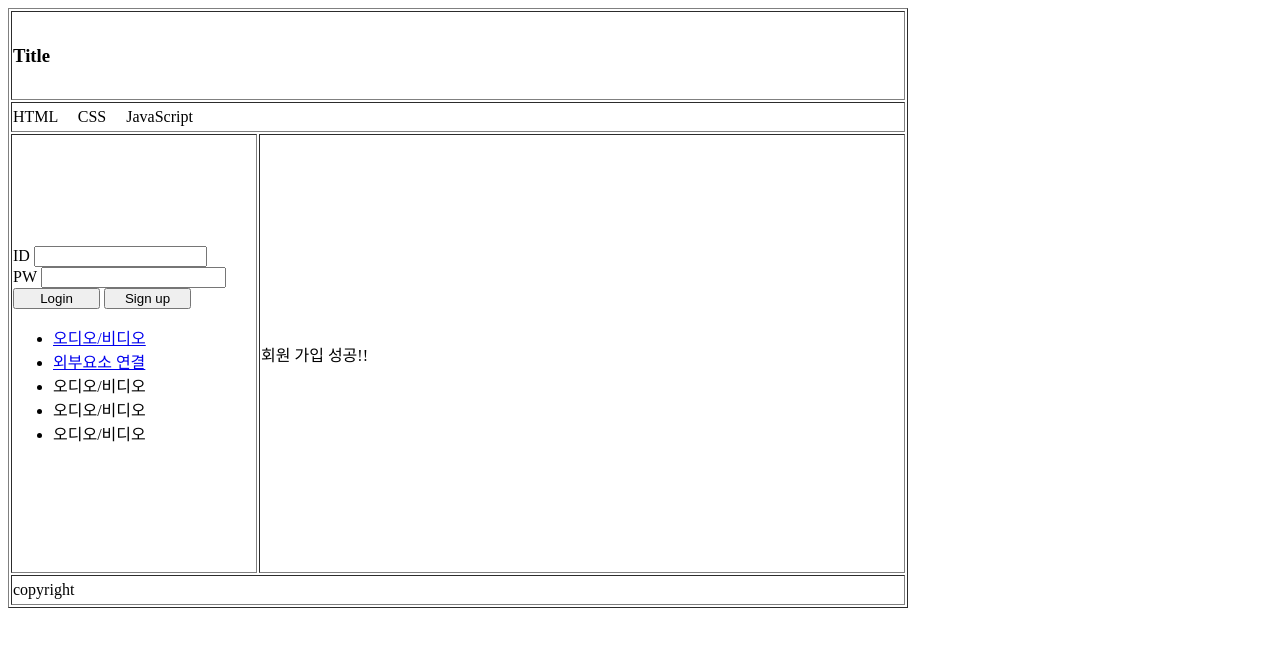
Repository: Hwangjiwon/MultiCampus
Page: http://localhost/2Study/jsp/member_insert_ok.jsp
The author's editor kept a copy of each file at every save. The page is drawn from the files as they stood at one save, then again after the next save.
The browser window is 1280 px wide. The pictures show the whole page.
The page is served by Tomcat 9. Other server files are loaded and not shown.

Above is the page before, as saved 2019-05-31 06:04:18.

### 2Study/WebContent/jsp/member_insert_ok.jsp
<%@ page language="java" contentType="text/html; charset=UTF-8"
	pageEncoding="UTF-8"%>

<jsp:include page="header.jsp"></jsp:include>
<jsp:include page="side.jsp"></jsp:include>
<td>
	회원 가입 성공!!

</td>
</tr>
<jsp:include page="copyright.jsp"></jsp:include>

### 2Study/WebContent/jsp/header.jsp
<%@ page language="java" contentType="text/html; charset=UTF-8"
	pageEncoding="UTF-8"%>
<!DOCTYPE html>
<html>
<head>
<meta charset="UTF-8">
<title>HOME</title>
<style type="text/css">

</style>
</head>
<body>
	<table border="1" width="900" height="600">
		<tr height="15%">
			<td colspan="2"><h3>Title</h3></td>
		</tr>
		<tr height="5%">
			<td colspan="2">HTML &nbsp;&nbsp;&nbsp; CSS &nbsp;&nbsp;&nbsp;
				JavaScript</td>
		</tr>

### 2Study/WebContent/jsp/side.jsp
<%@ page language="java" contentType="text/html; charset=UTF-8"
	pageEncoding="UTF-8"%>
<tr>
	<td width="20%">
		<!-- Java code가 들어갈 수 있는 부분 -->
		<%
			String username = (String)session.getAttribute("username");
			if(username != null) { //login_ok
		%>

			${username}님, 환영합니다.

		<form action="/2Study/Main?sign=logout" method="post">
			<input type="submit" value="Logout">
		</form>

		<%
			} else {
		%>
			<!-- 절대경로화 해서 서블릿으로 요청 보내기 -->
			<form style="width: 242px;" method="post" action="/2Study/Main?sign=login">
				ID <input name="id" style="width: 165px;"><br>
				PW <input name="pw" type="password"><br>
					<input type="submit" value="Login" style="width: 87px;">
					<a href = "/2Study/jsp/member_insert.jsp">
						<input type="button" value="Sign up" style="width: 87px;">
					</a>
			</form>

		<%
			}
		%>

		<ul>
			<!-- Context명부터 써줘서 절대경로화! /프로젝트명/... -->
			<li><a href="/2Study/jsp/audio_video.jsp">오디오/비디오</a></li>
			<li><a href="/2Study/jsp/iframe.jsp">외부요소 연결</a></li>
			<li>오디오/비디오</li>
			<li>오디오/비디오</li>
			<li>오디오/비디오</li>
		</ul>
	</td>

### 2Study/WebContent/jsp/copyright.jsp
<%@ page language="java" contentType="text/html; charset=UTF-8"
	pageEncoding="UTF-8"%>

<tr height="5%">
	<td colspan="2">copyright</td>
</tr>
</table>

</body>
</html>

### 2Study/WebContent/css/style01.css
body {
	background: #C8EBFA;
}

h3 {
	background: blue;
	color: white;
	text-align: center;
}

After the next save:
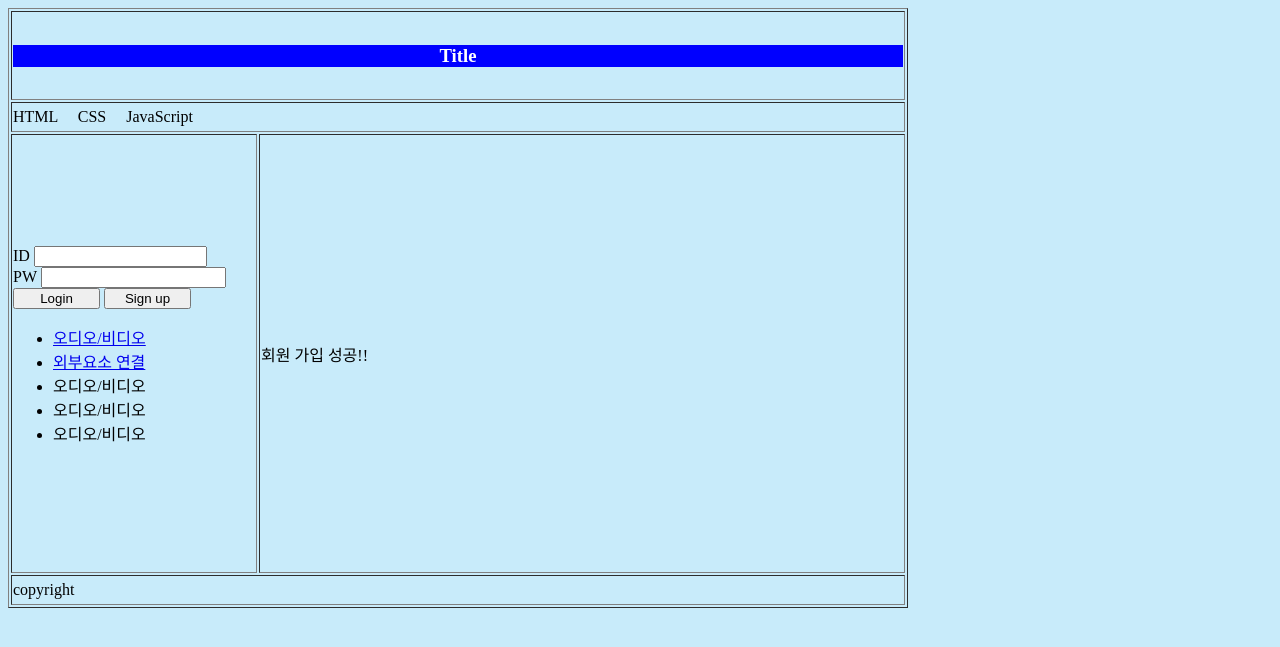
Saved 103 s later.
--- a/2Study/WebContent/jsp/header.jsp
+++ b/2Study/WebContent/jsp/header.jsp
@@ -5,9 +5,7 @@
 <head>
 <meta charset="UTF-8">
 <title>HOME</title>
-<style type="text/css">
-
-</style>
+<link rel = "stylesheet" type = "text/css" href = "../css/style01.css">
 </head>
 <body>
 	<table border="1" width="900" height="600">
